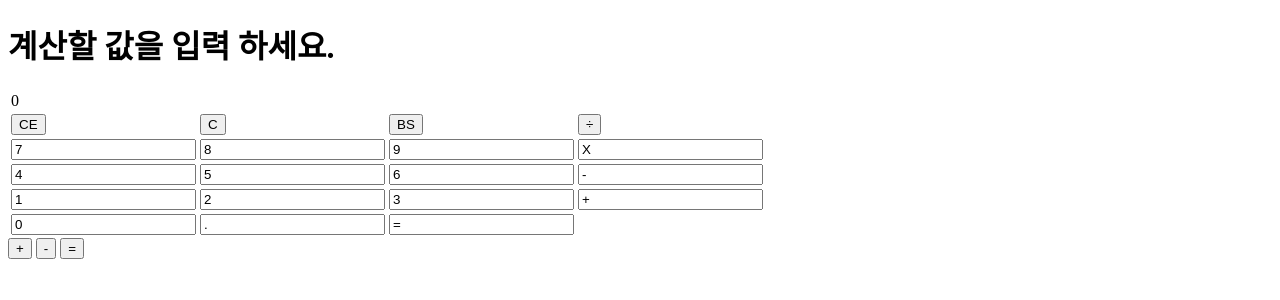
Repository: Realhyeonwoo/study-jsp
Page: JSPPrj/WebContent/calc3.html
An editor plug-in stored every save of this project. The page is shown before and after the next save, followed by the edit.
The browser window is 1280 px wide. The pictures show the whole page.

Above is the page before, as saved 2020-04-16 06:31:34.

### JSPPrj/WebContent/calc3.html
<!DOCTYPE html>
<html>
<head>
<meta charset="UTF-8">
<title>Insert title here</title>
</head>
<body>
	<h1>계산할 값을 입력 하세요.</h1>
	<form action="calc2" method="post">
		<table>
			<tr>
				<td colspan="4">0</td>
			</tr>
			<tr>
				<td><input type="submit" name="operator" value="CE"/></td>
				<td><input type="submit" name="operator" value="C"/></td>
				<td><input type="submit" name="operator" value="BS"/></td>
				<td><input type="submit" name="operator" value="÷"/></td>
			</tr>
			<tr>
				<td><input type="" name="" value="7"/></td>
				<td><input type="" name="" value="8"/></td>
				<td><input type="" name="" value="9"/></td>
				<td><input type="" name="" value="X"/></td>
			</tr>
			<tr>
				<td><input type="" name="" value="4"/></td>
				<td><input type="" name="" value="5"/></td>
				<td><input type="" name="" value="6"/></td>
				<td><input type="" name="" value="-"/></td>
			</tr>
			<tr>
				<td><input type="" name="" value="1"/></td>
				<td><input type="" name="" value="2"/></td>
				<td><input type="" name="" value="3"/></td>
				<td><input type="" name="" value="+"/></td>
			</tr>
			<tr>
				<td><input type="" name="" value="0"/></td>
				<td><input type="" name="" value="."/></td>
				<td><input type="" name="" value="="/></td>
			</tr>
		</table>
		<div>
			<input type="submit" name="operator" value="+" />
			<input type="submit" name="operator" value="-" />
			<input type="submit" name="operator" value="=" />
		</div>
	</form>
</body>
</html>

After the next save:
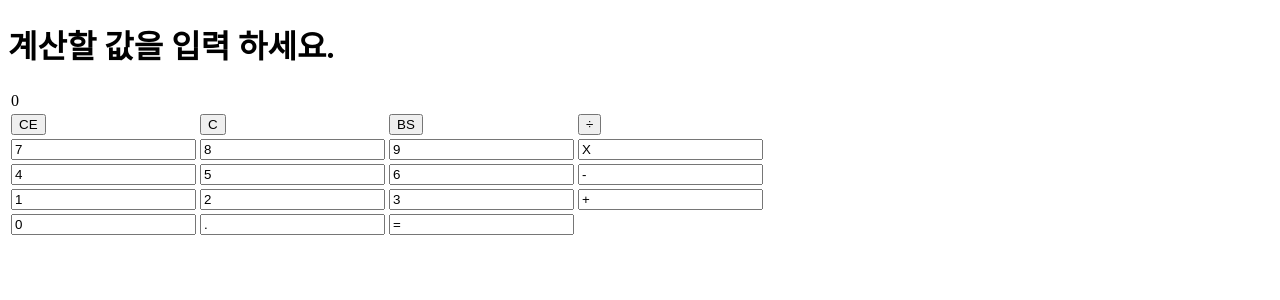
Saved 55 s later.
--- a/JSPPrj/WebContent/calc3.html
+++ b/JSPPrj/WebContent/calc3.html
@@ -41,11 +41,6 @@
 				<td><input type="" name="" value="="/></td>
 			</tr>
 		</table>
-		<div>
-			<input type="submit" name="operator" value="+" />
-			<input type="submit" name="operator" value="-" />
-			<input type="submit" name="operator" value="=" />
-		</div>
 	</form>
 </body>
 </html>
